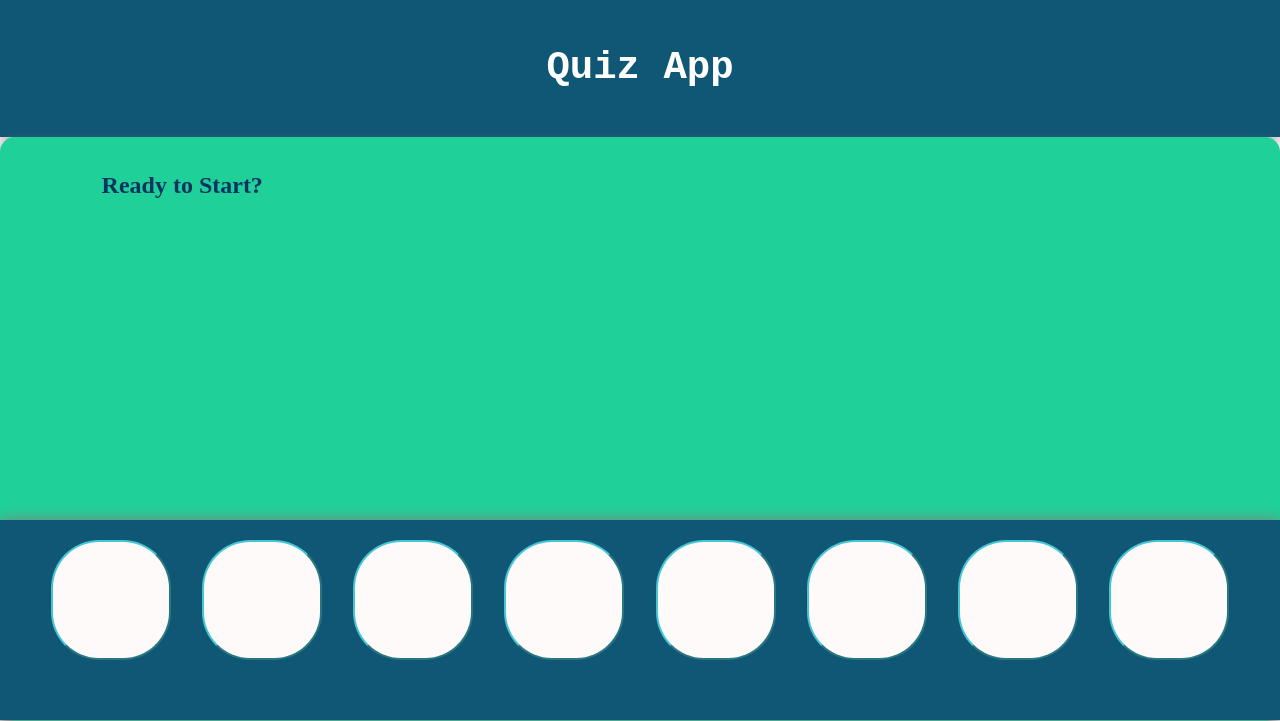
Repository: tpic12/quiz_app
Page: index.html
The author's editor kept a copy of each file at every save. The page is drawn from the files as they stood at one save, then again after the next save.
The browser window is 1280 px wide. The pictures show the whole page.

Above is the page before, as saved 2019-12-28 12:08:31.

After the next save:
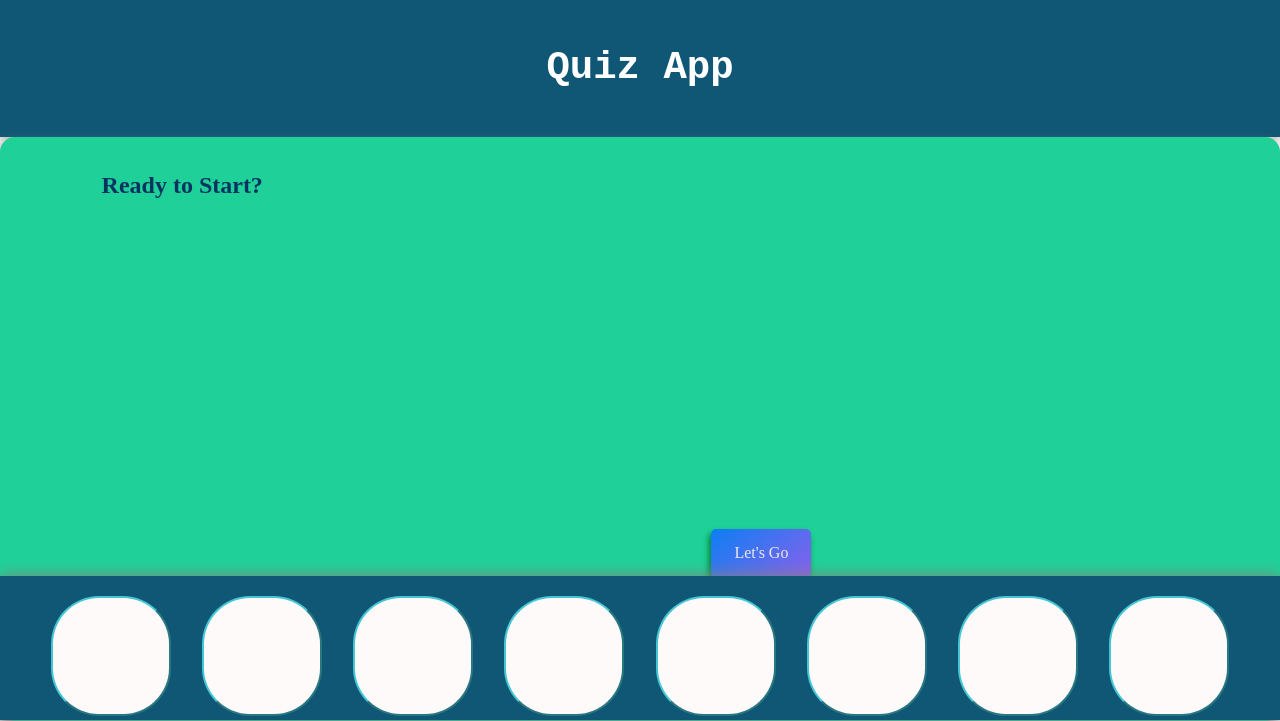
Saved 55 s later.
--- a/app.css
+++ b/app.css
@@ -64,7 +64,7 @@ button {
   max-width: 400px;
   min-width: 200px;
   text-align: center;
-  align-content: center;
+  align-content: flex-start;
   background-color: hsl(161, 74%, 47%);
   border-radius: 15px;
   padding: 20px;
@@ -86,7 +86,7 @@ footer {
   position: fixed;
   bottom: 0;
   left: 0;
-  height: 200px;
+  height: 20vh;
 }
 
 .counts {
